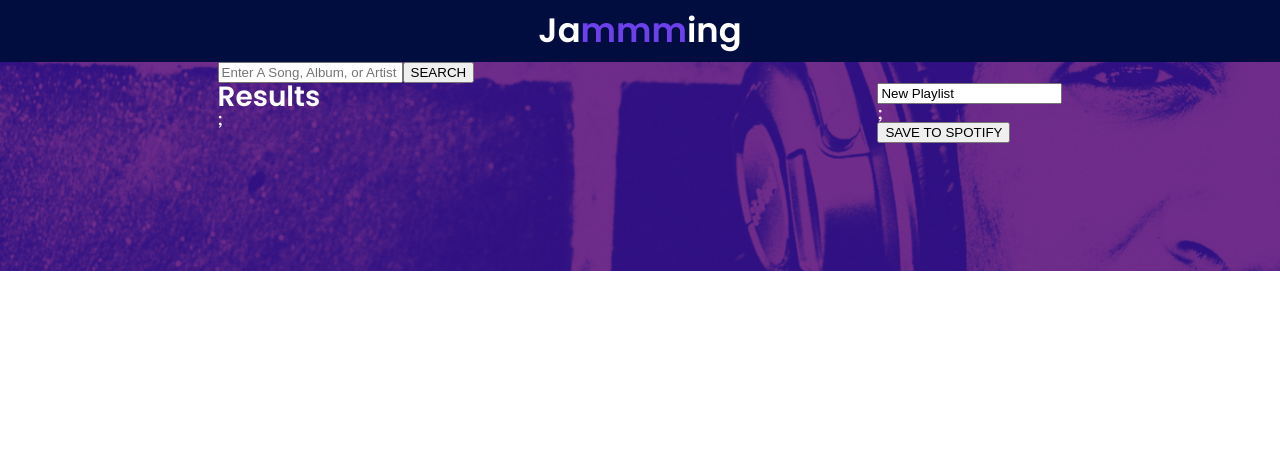
Repository: Haviles04/jammming
Page: /
These files come from the project's save history. The page is drawn as it stood at one moment and after the next save; the edit follows.
The browser window is 1280 px wide. The pictures show the whole page.
The project was rebuilt for these pictures with package versions that can differ from the ones it lists, and the page was loaded fresh each time. Also part of the build but not shown: src/components/Track/Track.jsx.

Above is the page before, as saved 2022-10-26 09:23:47.

### public/index.html
<!DOCTYPE html>
<html lang="en">
  <head>
    <meta charset="utf-8" />

    <meta name="viewport" content="width=device-width, initial-scale=1" />
    <meta name="theme-color" content="#000000" />
    <meta
      name="Jammming"
      content="A Codecademy Project built using the spotify APO"
    />
    <link rel="stylesheet" href="./reset.css" />
    <link rel="preconnect" href="https://fonts.googleapis.com" />
    <link rel="preconnect" href="https://fonts.gstatic.com" crossorigin />
    <link
      href="https://fonts.googleapis.com/css2?family=Poppins:wght@600&family=Work+Sans:wght@300;500&display=swap"
      rel="stylesheet"
    />
    <link rel="apple-touch-icon" href="%PUBLIC_URL%/logo192.png" />
    <!--
      manifest.json provides metadata used when your web app is installed on a
      user's mobile device or desktop. See https://developers.google.com/web/fundamentals/web-app-manifest/
    -->
    <link rel="manifest" href="%PUBLIC_URL%/manifest.json" />
    <!--
      Notice the use of %PUBLIC_URL% in the tags above.
      It will be replaced with the URL of the `public` folder during the build.
      Only files inside the `public` folder can be referenced from the HTML.

      Unlike "/favicon.ico" or "favicon.ico", "%PUBLIC_URL%/favicon.ico" will
      work correctly both with client-side routing and a non-root public URL.
      Learn how to configure a non-root public URL by running `npm run build`.
    -->
    <title>Jammming</title>
  </head>
  <body>
    <noscript>You need to enable JavaScript to run this app.</noscript>
    <div id="root"></div>
    <!--
      This HTML file is a template.
      If you open it directly in the browser, you will see an empty page.

      You can add webfonts, meta tags, or analytics to this file.
      The build step will place the bundled scripts into the <body> tag.

      To begin the development, run `npm start` or `yarn start`.
      To create a production bundle, use `npm run build` or `yarn build`.
    -->
  </body>
</html>

### src/components/App/App.jsx
import React, { useState } from "react";
import "./App.css";
import SearchBar from "../SearchBar/SearchBar";
import SearchResult from "../SearchResults/SearchResults";
import Playlist from "../Playlist/Playlist";

function App() {
  const [searchResults, setSearchResults] = useState([
    { name: "name1", artist: "artist1", album: "album1", id: 1 },
    { name: "name2", artist: "artist2", album: "album2", id: 2 },
    { name: "name3", artist: "artist3", album: "album3", id: 3 },]);


  return (
    <div>
      <h1>
        Ja<span className="highlight">mmm</span>ing
      </h1>
      <div className="App">
        <SearchBar setSearchResults={setSearchResults} />
        <div className="App-playlist">
          <SearchResult searchResults={searchResults} />
          <Playlist />
        </div>
      </div>
    </div>
  );
}

export default App;

### src/components/App/App.css
body,
html,
#root {
  height: 100%;
}

html {
  font-size: 18px;
}

h1 {
  padding: .77rem 0;
  background-color: #010c3f;
  text-align: center;
  font-family: 'Poppins', sans-serif;
  font-size: 1.88rem;
  color: #fff;
}

h1 .highlight {
  color: #6c41ec;
}

h2 {
  font-family: 'Poppins', sans-serif;
  font-size: 1.55rem;
}

.App {
  height: 100%;
  padding: 0 17% 10% 17%;
  background-image: url('./background_photo_desktop.jpg');
  background-size: cover;
  background-position: center;
  background-repeat: no-repeat;
  font-family: 'Work Sans', sans-serif;
  font-weight: 500;
  color: #fff;
}

.App-playlist {
  display: flex;
  justify-content: space-between;
  width: 100%;
}

@media only screen and (max-width: 1020px) {
  .App-playlist {
    align-items: center;
    flex-direction: column;
  }
}

### src/components/SearchBar/SearchBar.jsx
import React from "react";

function SearchBar() {
  return (
    <div className="SearchBar">
      <input placeholder="Enter A Song, Album, or Artist" />
      <button className="SearchButton">SEARCH</button>
    </div>
  );
}

export default SearchBar;

### src/components/SearchResults/SearchResults.jsx
import React from "react";
import TrackList from "../TrackList/TrackList";

function SearchResults({searchResults}) {
  return (
    <div className="SearchResults">
      <h2>Results</h2>
      <TrackList searchResults={searchResults}/>
    </div>
  );
}

export default SearchResults;

### src/components/Playlist/Playlist.jsx
import React from "react";
import TrackList from "../TrackList/TrackList";
function Playlist() {
  return (
    <div className="Playlist">
      <input value="New Playlist" />
      <TrackList />
      <button className="Playlist-save">SAVE TO SPOTIFY</button>
    </div>
  );
}

export default Playlist;

### src/components/TrackList/TrackList.jsx
import React from "react";
import Track from "../Track/Track";
function TrackList({ searchResults }) {
  return (
    <div className="TrackList">
      {() => { if(searchResults){

      searchResults.map((track) => {
        return <Track track={track} key={track.id} />
      }
      )

      }}};


    </div>
  );
}

export default TrackList;

### src/components/Playlist/Playlist.css
.Playlist {
    display: flex;
    flex-direction: column;
    align-items: center;
    overflow-y: scroll;
    width: 37%;
    max-height: 950px;
    padding: 2.27rem 1.16rem;
    background-color: rgba(1, 12, 63, 0.7);
    box-shadow: 0 4px 2px 2px #000000;
  }

  .Playlist input {
    width: 100%;
    border: 0;
    outline: 0;
    background: transparent;
    border-bottom: 1px solid #6f6f6f;
    font-family: 'Poppins', sans-serif;
    font-size: 1.55rem;
    color: #fff;
  }

  .Playlist-save {
    cursor: pointer;
    width: 10rem;
    padding: .77rem 0;
    border-radius: 54px;
    border-width: 0px;
    margin-top: 1.27rem;
    background-color: #6c41ec;
    text-align: center;
    font-size: .83rem;
    transition: background-color .25s;
    color: #fff;
    font-weight: 500;
  }

  .Playlist-save:hover {
    background-color: rgba(108, 65, 233, .7);
  }

  ::-webkit-scrollbar {
      width: 0px;
      background: transparent;
  }

  @media only screen and (max-width: 1020px) {
    .Playlist {
      width: 90%;
    }
  }

Loaded but not shown: src/index.js (common file); src/index.css (common file); src/reportWebVitals.js (common file); public/reset.css (common file)

After the next save:
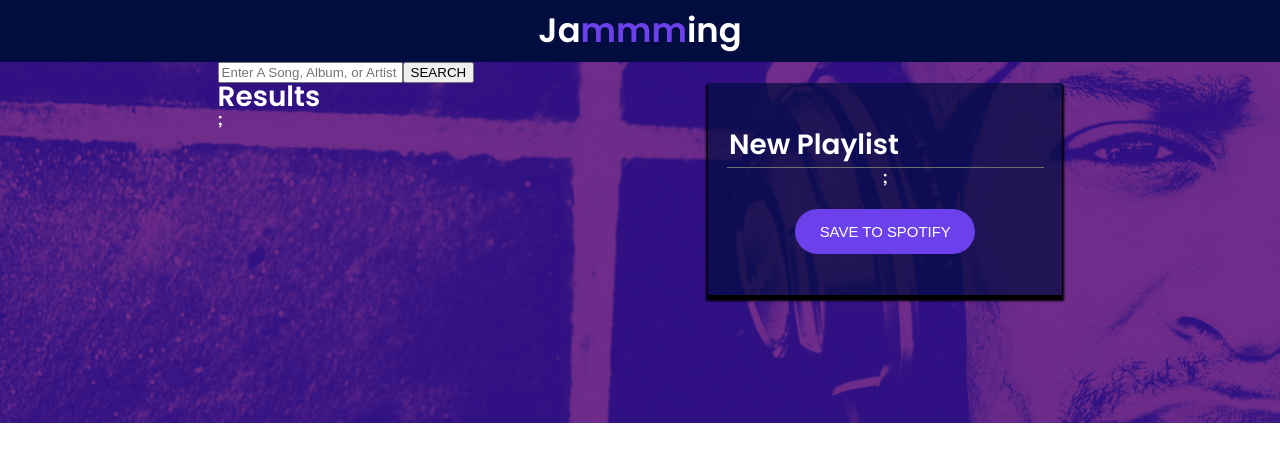
Saved 46 min 7 s later.
--- a/src/components/Playlist/Playlist.jsx
+++ b/src/components/Playlist/Playlist.jsx
@@ -1,4 +1,5 @@
 import React from "react";
+import './Playlist.css'
 import TrackList from "../TrackList/TrackList";
 function Playlist() {
   return (
